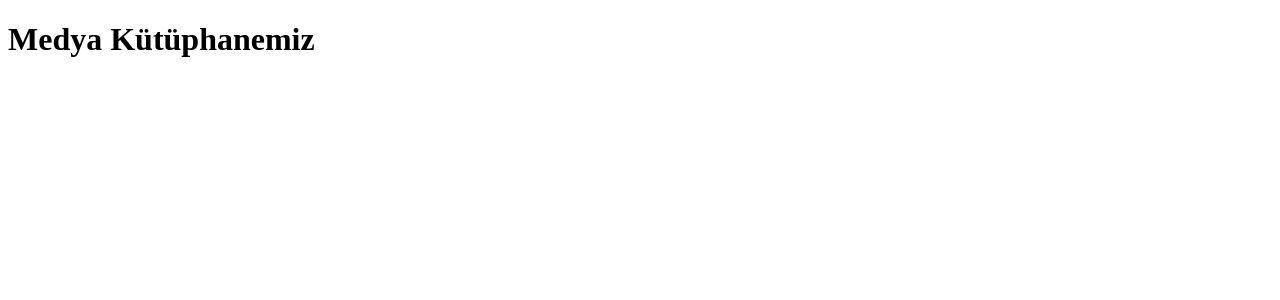
Repository: BeritanBlgn/web-yazilim-muhendisligi
Page: Modul_1/Ders_9/1.9.5_gorev1.html
The author's editor kept a copy of each file at every save. The page is drawn from the files as they stood at one save, then again after a run of saves.
The browser window is 1280 px wide. The pictures show the whole page.

Above is the page before, as saved 2026-10-27 22:19:25.

After the next 4 saves:
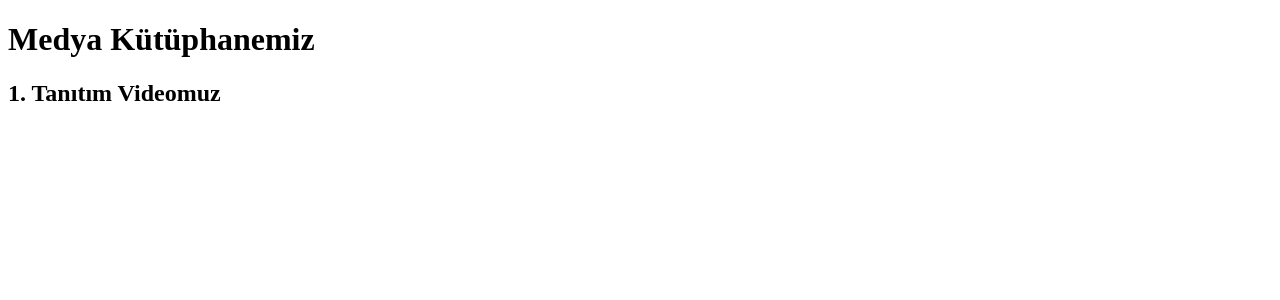
The 4 saves are shown as one change because they came seconds apart.
The last was saved 12 s later.
--- a/Modul_1/Ders_9/1.9.5_gorev1.html
+++ b/Modul_1/Ders_9/1.9.5_gorev1.html
@@ -9,5 +9,8 @@
     <h1>
         Medya Kütüphanemiz
     </h1>
+    <h2>
+        1. Tanıtım Videomuz
+    </h2>
 </body>
 </html>
